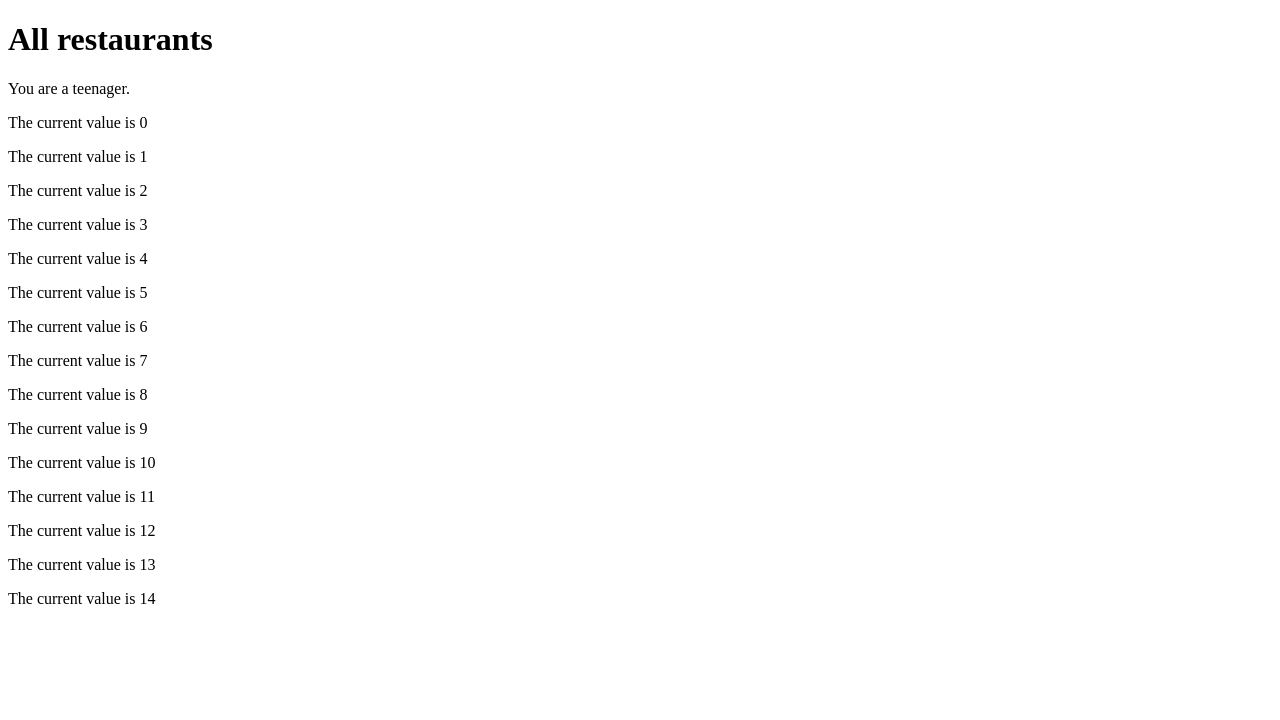
Repository: Dj3y/laravel
Page: http://localhost/restaurants
The author's editor kept a copy of each file at every save. The page is drawn from the files as they stood at one save, then again after a run of saves.
The browser window is 1280 px wide. The pictures show the whole page.
The page is served by the project's Laravel application, run on PHP 8.4 with Laravel 12. Other server files are loaded and not shown. Queries for data that is not in the repository find no rows.

Above is the page before, as saved 2024-09-23 16:03:46.

### routes/web.php
<?php

use Illuminate\Support\Facades\Route;
use App\Http\Controllers\RestaurantController;

Route::get('/', function () {
    return view('welcome');
});

// Display all the restaurants
Route::get('/restaurants',[RestaurantController::class, 'index']);

// Show the details of a specific restaurant by id
// Route::get('/restaurant/show/{post:id}',  [RestaurantController::class, 'show/$id']);

// Show the form in order to create an restaurant
Route::get('/restaurant/create',[RestaurantController::class, 'create' ]);

// Post/public the restaurant
Route::post('/restaurant/create',function(){

});

// Show the form of an restaurant
Route::get('/restaurant/edit/{post:id}',[RestaurantController::class, 'edit/$id']);

// Update this specific restaurant
Route::put('/restaurant/edit/{post:id}',function($id){

});
// Delete a specific restaurant
Route::delete('/restaurant/{post:id}',function($id){
});

### app/Http/Controllers/RestaurantController.php
<?php

namespace App\Http\Controllers;

use Illuminate\Http\Request;

class RestaurantController extends Controller
{
    /**
     * Display a listing of the resource.
     */
    public function index()
    {
        $restaurants = \App\Models\Restaurant::all();
        return view('restaurants/index', ['restaurants' => $restaurants]);
    }

    /**
     * Show the form for creating a new resource.
     */
    public function create()
    {
        return view('restaurants/create');
    }

    /**
     * Store a newly created resource in storage.
     */
    public function store(Request $request)
    {
        //
    }

    /**
     * Display the specified resource.
     */
    public function show(string $id)
    {
        $restaurant = \App\Models\Restaurant::findOrFail($id);
        return view('restaurants/show', ['restaurant' => $restaurant]);
    }

    /**
     * Show the form for editing the specified resource.
     */
    public function edit(string $id)
    {
        $restaurant = \App\Models\Restaurant::findOrFail($id);
        return view('restaurants/edit', ['restaurant' => $restaurant]);
    }

    /**
     * Update the specified resource in storage.
     */
    public function update(Request $request, string $id)
    {
        //
    }

    /**
     * Remove the specified resource from storage.
     */
    public function destroy(string $id)
    {
        //
    }
}

### app/Models/Restaurant.php
<?php

namespace App\Models;

use Illuminate\Database\Eloquent\Factories\HasFactory;
use Illuminate\Database\Eloquent\Model;

class Restaurant extends Model
{
    // use HasFactory;²
    protected $table = 'restaurants';
}

### resources/views/restaurants/index.blade.php
<!DOCTYPE html>
<html lang="en">
<head>
    <meta charset="UTF-8">
    <meta name="viewport" content="width=device-width, initial-scale=1.0">
    <title>Restaurants</title>
</head>
<body>
    <h1>All restaurants</h1>
    <!-- create, initialization, of variables -->
    @php
        $age = 15;
        $a = 15;
        $posts = ['test', 'function', 'laravel']
    @endphp

    @if($age >= 18)
        <p>You are an adult.</p>
    @else
        <p>You are a teenager.</p>
    @endif

    @for($i = 0; $i < $a; $i++)
        <p>The current value is {{ $i }}</p>
    @endfor

    @foreach($posts as $post)
        <p><{{ $post }}/p>
    @endforeach
</body>
</html>

Loaded but not shown: app/Http/Controllers/Controller.php (common file)

After the next 2 saves:
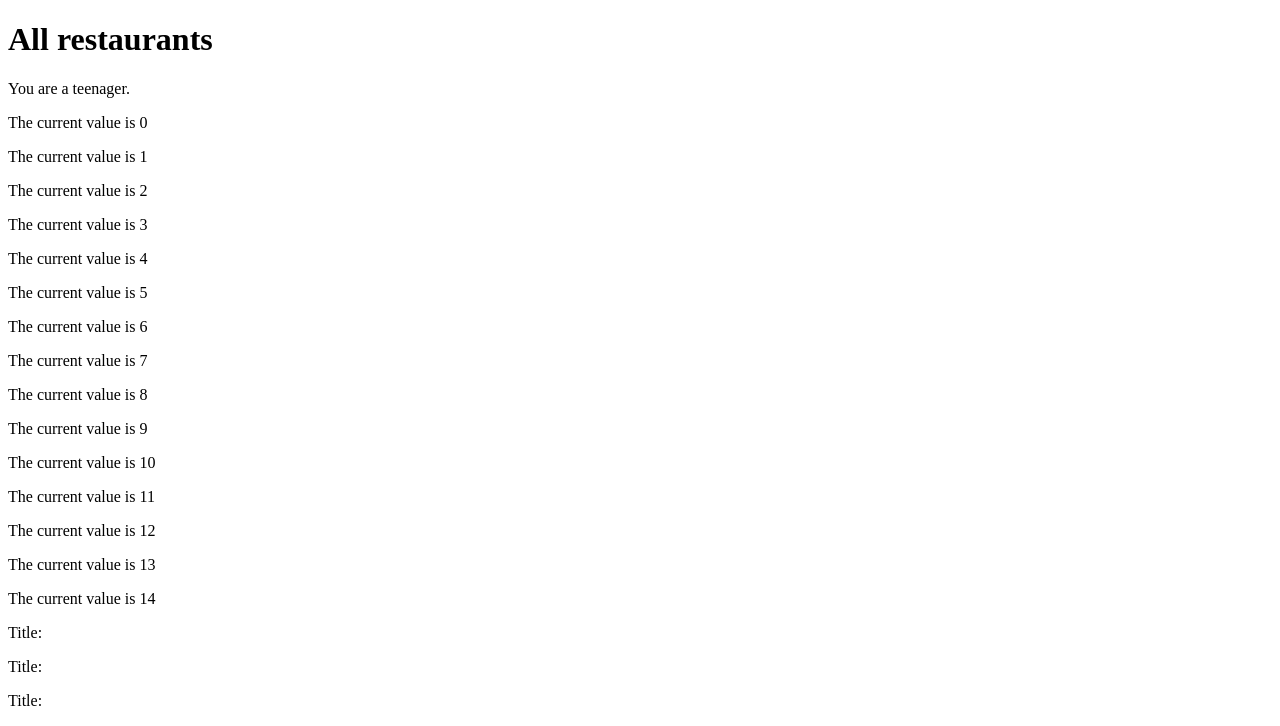
The 2 saves are shown as one change because they came seconds apart.
The last was saved 31 s later.
--- a/resources/views/restaurants/index.blade.php
+++ b/resources/views/restaurants/index.blade.php
@@ -25,7 +25,7 @@
     @endfor
 
     @foreach($posts as $post)
-        <p><{{ $post }}/p>
+        <p>Title: <{{ $post }}/p>
     @endforeach
 </body>
 </html>
